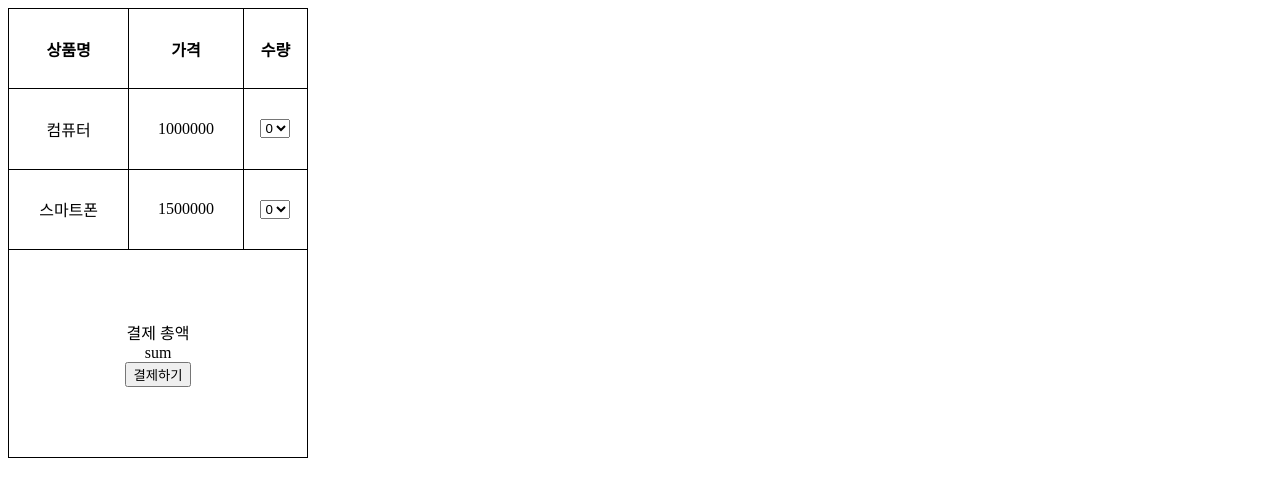
Repository: to-flatwhite1/JSP
Page: http://localhost/JSP08/
These files come from the project's save history. The page is drawn as it stood at one moment and after the next save; the edit follows.
The browser window is 1280 px wide. The pictures show the whole page.
The page is served by Tomcat 9.

Above is the page before, as saved 2024-05-16 05:55:35.

### JSP08/src/main/webapp/index.jsp
<%@ page language="java" contentType="text/html; charset=utf-8"
    pageEncoding="utf-8"%>
<!DOCTYPE html>
<html>
	<head>
		<meta charset="utf-8">
		<title>데이터 전송 실습</title>
	</head>
	<style>
		table{
			width:300px;
			height:450px;
			text-align:center;
			border-collapse : collapse;

		}
		tr,th,td{
			border:solid 1px black;




		}
	</style>
	<body>
		<table>
			<tr>
				<th>상품명</th>
				<th>가격</th>
				<th>수량</th>
			</tr>
			<tr>
				<td>컴퓨터</td>
				<td>1000000</td>
				<td>
					<form>
					<select>
						<option>0</option>
						<option>1</option>
						<option>2</option>
						<option>3</option>
					</select>
					</form>
				</td>
			</tr>
			<tr>
				<td>스마트폰</td>
				<td>1500000</td>
				<td><form><select>
						<option>0</option>
						<option>1</option>
						<option>2</option>
						<option>3</option>
					</select></form>
				</td>
			</tr>
			<tr>
				<td colspan="3" rowspan="3">결제 총액<br>sum
				<form>
				<input type="submit" value="결제하기">
				</form>
				</td>
			</tr>
		</table>
		<script>

		</script>
	</body>
</html>

After the next save:
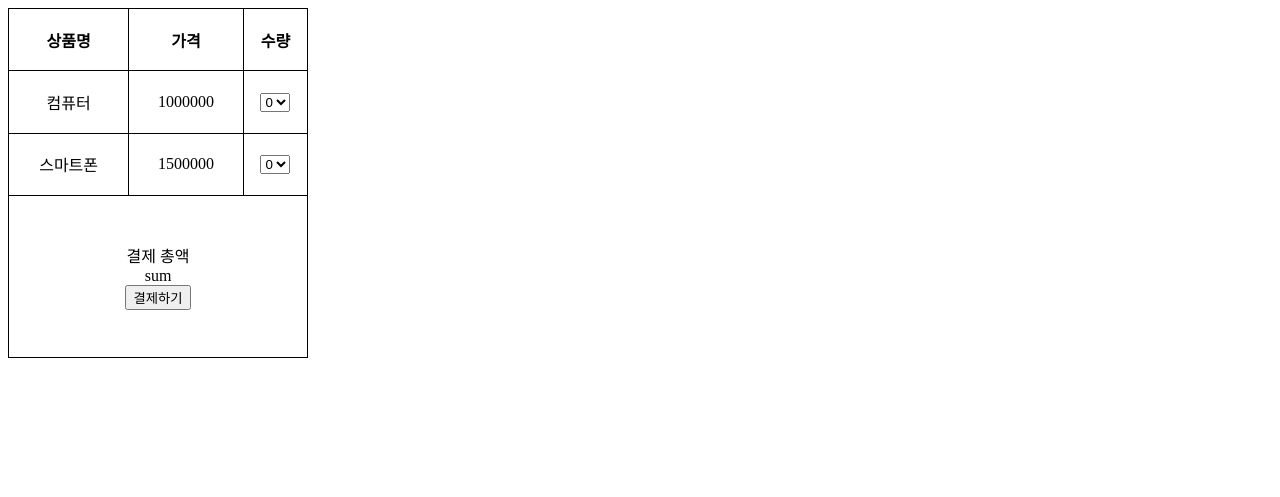
Saved 30 s later.
--- a/JSP08/src/main/webapp/index.jsp
+++ b/JSP08/src/main/webapp/index.jsp
@@ -9,7 +9,7 @@
 	<style>
 		table{
 			width:300px;
-			height:450px;
+			height:350px;
 			text-align:center;
 			border-collapse : collapse;
 
